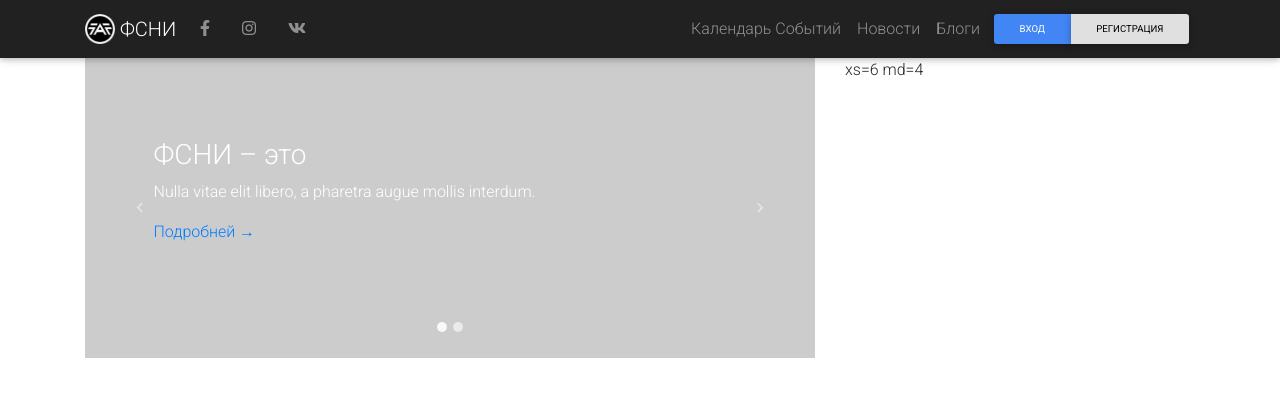
Repository: alexey1986/fsni_test
Page: /
An editor plug-in stored every save of this project. The page is shown before and after the next save, followed by the edit.
The browser window is 1280 px wide. The pictures show the whole page.
The project was rebuilt for these pictures with package versions that can differ from the ones it lists, and the page was loaded fresh each time. Also part of the build but not shown: src/pages/calendar.jsx, src/pages/news.jsx, src/pages/blogs.jsx.

Above is the page before, as saved 2020-08-29 09:55:30.

After the next save:
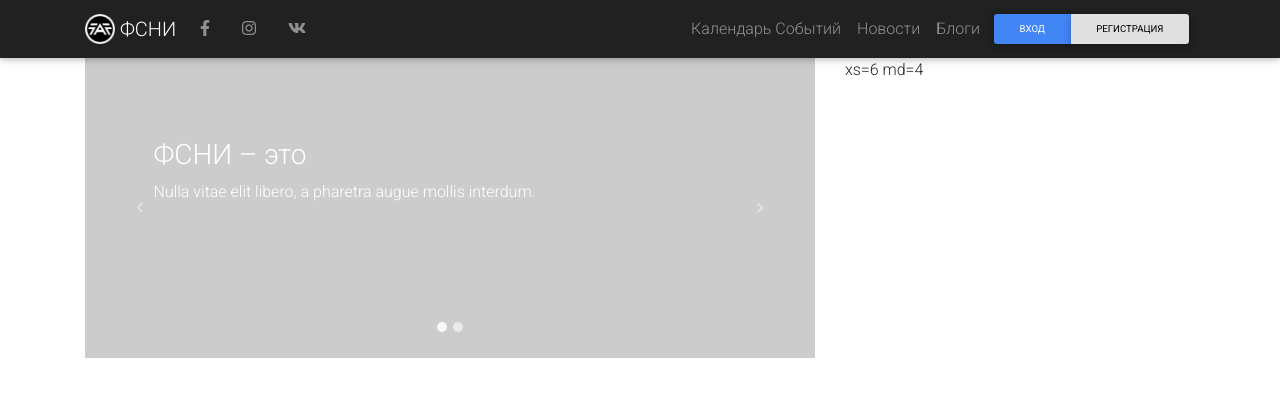
Saved 84 s later.
--- a/src/components/carousel/Carousel.jsx
+++ b/src/components/carousel/Carousel.jsx
@@ -1,6 +1,6 @@
 import React from 'react';
 import { Carousel } from 'react-bootstrap';
-import { Link } from "react-router-dom";
+// import { Link } from "react-router-dom";
 import './styles.css';
 
 const CarouselComponent = () => {
@@ -10,18 +10,18 @@
                 <Carousel.Caption>
                     <h3>ФСНИ – это </h3>
                     <p>Nulla vitae elit libero, a pharetra augue mollis interdum.</p>
-                    <p>
+                    {/* <p>
                         <Link to='/'>Подробней &#8594;</Link>
-                    </p>
+                    </p> */}
                 </Carousel.Caption>
             </Carousel.Item>
             <Carousel.Item>
                 <Carousel.Caption>
                     <h3>ФСНИ – это </h3>
                     <p>Lorem ipsum dolor sit amet, consectetur adipiscing elit. Vivamus magna justo, lacinia eget consectetur sed, convallis at tellus.</p>
-                    <p>
+                    {/* <p>
                         <Link to='/'>Подробней &#8594;</Link>
-                    </p>
+                    </p> */}
                 </Carousel.Caption>
             </Carousel.Item>
         </Carousel>
